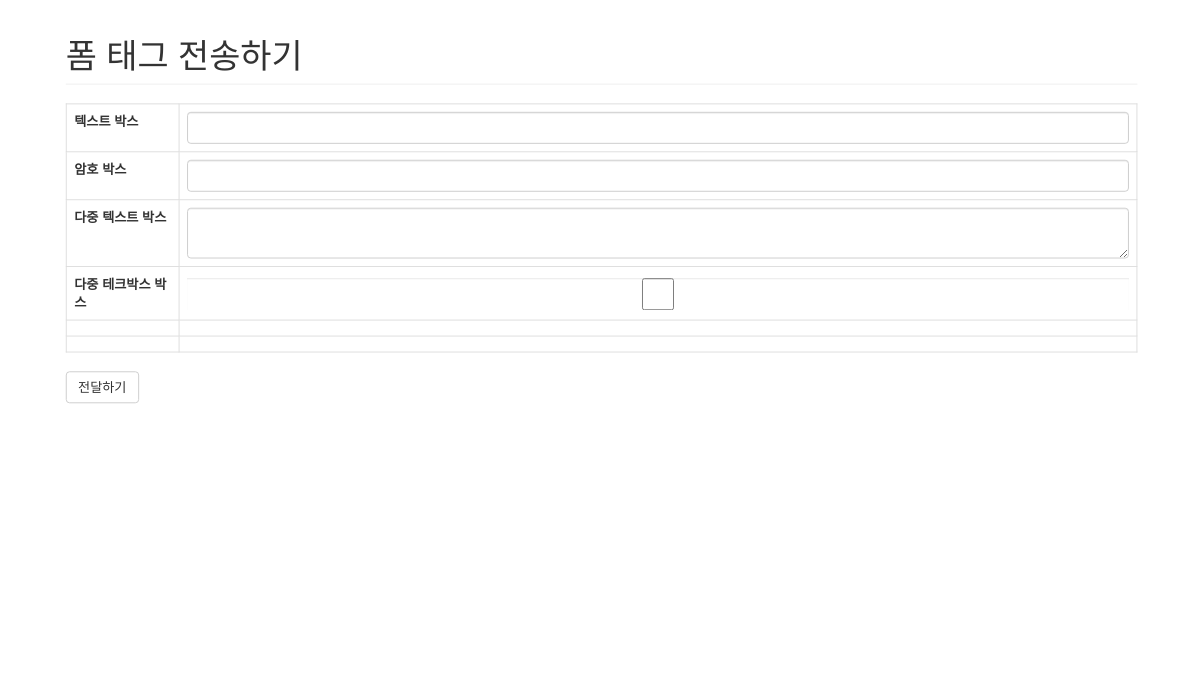
Repository: kimgyuseok/Server
Page: http://localhost/JSPTest/ex04.jsp
An editor plug-in stored every save of this project. The page is shown before and after the next save, followed by the edit.
The browser window is 1280 px wide. The pictures show the whole page, at 94% of full size.
The page is served by Tomcat 9.

Above is the page before, as saved 2022-01-06 05:24:01.

After the next save:
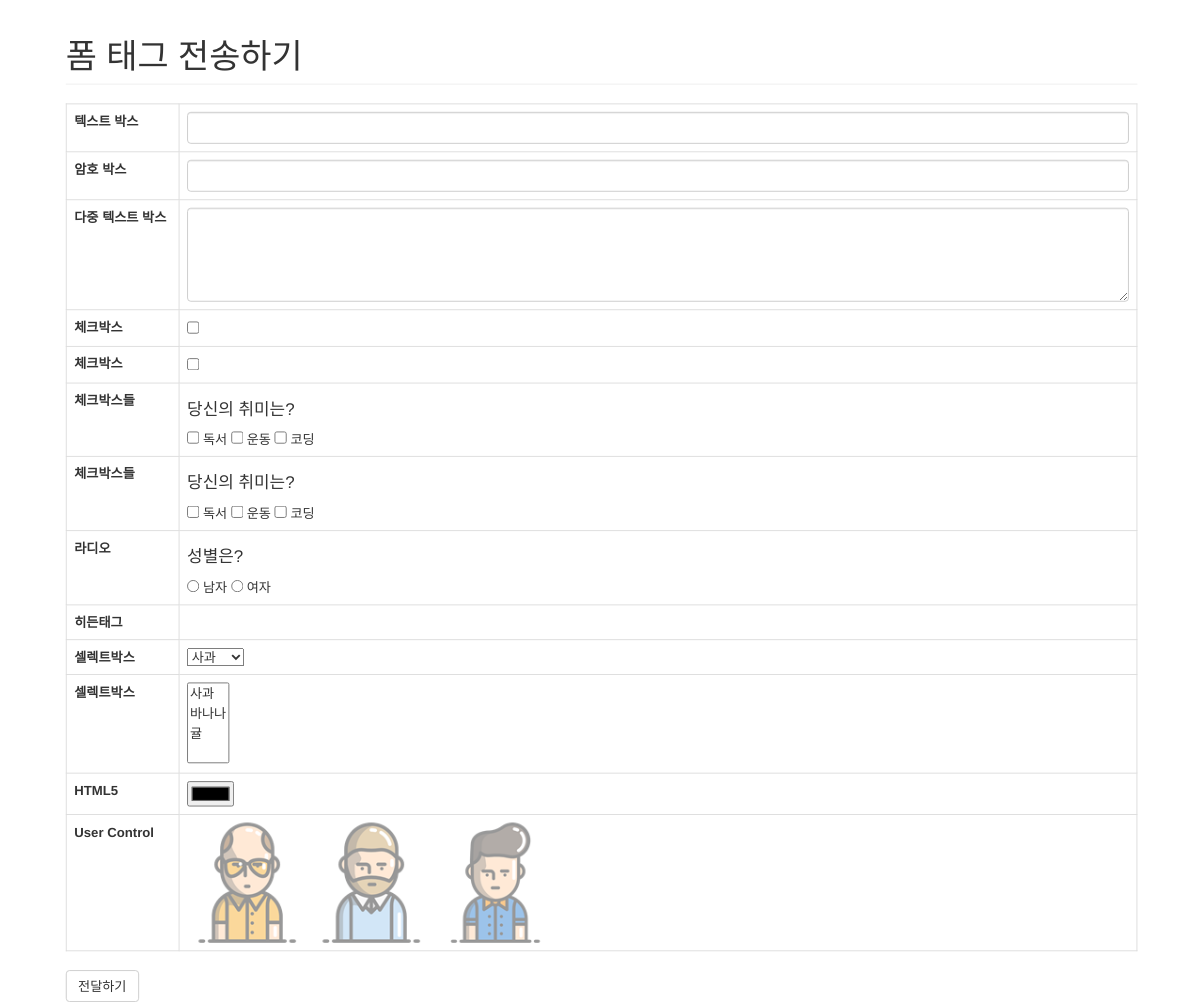
Saved 15 s later.
--- a/JSPTest/src/main/webapp/ex04.jsp
+++ b/JSPTest/src/main/webapp/ex04.jsp
@@ -1,7 +1,5 @@
-
 <%@ page language="java" contentType="text/html; charset=UTF-8"
     pageEncoding="UTF-8"%>
-
 <!DOCTYPE html>
 <html>
 <head>
@@ -9,15 +7,26 @@
 <title>Insert title here</title>
 <%@ include file="/inc/asset.jsp" %>
 <style>
-	table { width:600px; }
+
+	table { width: 500px; }
 	th { width: 120px; }
+
+	#userlist img {
+		opacity: .5;
+	}
+
+	#userlist img.ui-selected {
+		opacity: 1;
+	}
+
 </style>
 </head>
 <body>
-
+	<!-- ex04.jsp -->
 	<div class="container">
 
 		<h1 class="page-header">폼 태그 전송하기</h1>
+
 		<form method="POST" action="/jsp/ex04ok.jsp">
 		<table class="table table-bordered">
 			<tr>
@@ -26,30 +35,103 @@
 			</tr>
 			<tr>
 				<th>암호 박스</th>
-				<td><input type="text" name="pw1" class="form-control"></td>
+				<td><input type="password" name="pw1" class="form-control"></td>
 			</tr>
 			<tr>
 				<th>다중 텍스트 박스</th>
-				<td><textarea mname="txt2" style="height200px;" class="form-control"></textarea></td>
+				<td><textarea name="txt2" style="height: 100px;" class="form-control"></textarea></td>
 			</tr>
 			<tr>
-				<th>다중 테크박스 박스</th>
-				<td><input type="checkbox" name="cb1" class="form-control"></td>
+				<th>체크박스</th>
+				<td><input type="checkbox" name="cb1" value="yes"></td>
 			</tr>
 			<tr>
-				<th></th>
-				<td></td>
+				<th>체크박스</th>
+				<td><input type="checkbox" name="cb2"></td>
 			</tr>
 			<tr>
-				<th></th>
-				<td></td>
+				<th>체크박스들</th>
+				<td>
+					<h4>당신의 취미는?</h4>
+					<input type="checkbox" name="cb3" value="독서"> 독서
+					<input type="checkbox" name="cb4" value="운동"> 운동
+					<input type="checkbox" name="cb5" value="코딩"> 코딩
+				</td>
+			</tr>
+			<tr>
+				<th>체크박스들</th>
+				<td>
+					<h4>당신의 취미는?</h4>
+					<input type="checkbox" name="cb" value="독서"> 독서
+					<input type="checkbox" name="cb" value="운동"> 운동
+					<input type="checkbox" name="cb" value="코딩"> 코딩
+				</td>
+			</tr>
+			<tr>
+				<th>라디오</th>
+				<td>
+					<h4>성별은?</h4>
+					<input type="radio" name="rb" value="m"> 남자
+					<input type="radio" name="rb" value="f"> 여자
+				</td>
+			</tr>
+			<tr>
+				<th>히든태그</th>
+				<td><input type="hidden" name="id" value="hong"></td>
+			</tr>
+			<tr>
+				<th>셀렉트박스</th>
+				<td>
+					<select name="sel1">
+						<option value="f1">사과</option>
+						<option value="f2">바나나</option>
+						<option value="f3">귤</option>
+					</select>
+				</td>
+			</tr>
+			<tr>
+				<th>셀렉트박스</th>
+				<td>
+					<select name="sel2" multiple>
+						<option value="f1">사과</option>
+						<option value="f2">바나나</option>
+						<option value="f3">귤</option>
+					</select>
+				</td>
+			</tr>
+			<tr>
+				<th>HTML5</th>
+				<td><input type="color" name="c1"></td>
+			</tr>
+			<tr>
+				<th>User Control</th>
+				<td>
+					<div id="userlist">
+						<img src="/jsp/asset/images/man_01.png" data-name="hong">
+						<img src="/jsp/asset/images/man_02.png" data-name="lee">
+						<img src="/jsp/asset/images/man_03.png" data-name="park">
+					</div>
+					<input type="hidden" name="name" id="name">
+				</td>
 			</tr>
 		</table>
 
 		<input type="submit" value="전달하기" class="btn btn-default">
 		</form>
+
 	</div>
 
+	<script src="/jsp/asset/js/jquery-ui.js"></script>
+	<script>
 
+		$('#userlist').selectable({
+			selected: function(event, ui) {
+				//alert(ui.selected.dataset['name']);
+				document.getElementById('name').value
+								= ui.selected.dataset['name'];
+			}
+		});
+
+	</script>
 </body>
 </html>
